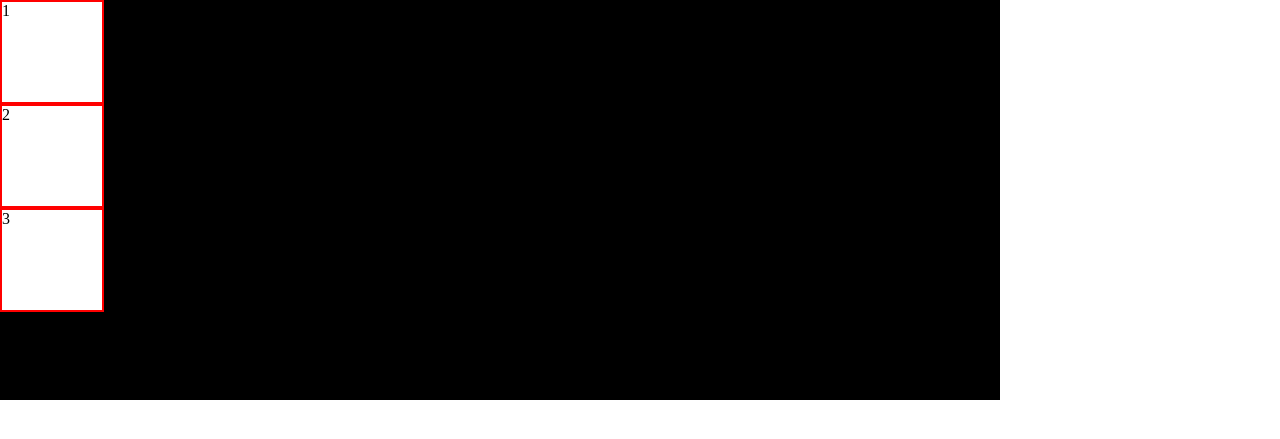
Repository: elourenco001/cursoweb
Page: DisplayFlex/index.html
These files come from the project's save history. The page is drawn as it stood at one moment and after the next save; the edit follows.
The browser window is 1280 px wide. The pictures show the whole page.

Above is the page before, as saved 2023-01-30 14:48:45.

### DisplayFlex/index.html
<!DOCTYPE html>
<html lang="pt_br"> <!--Formato da Linguagem a ser usada-->
    <head>
        <meta charset="UTF-8">
        <meta http-equiv="X-UA-Compatible" content="Google Chrome">
        <meta name="viewport" content="width-device-width, initial-scaled=1.0">
    <title>Profissão Programador</title> <!--TItulo da aba do Navegador-->

    <link rel="stylesheet" href="./styles.css"/>
</head>
    <body>
        <div class="minhadiv">
            <div class="caixa">1</div>
            <div class="caixa">2</div>
            <div class="caixa">3</div>

        </div>

    </body>
</html>

### DisplayFlex/styles.css
* {

    margin: 0;

}
.minhadiv {
    width: 1000px;
    height: 400px;
    background-color: black;
}

.caixa{
    width: 100px;
    height: 100px;
    background-color: #fff;
    border: 2px solid red;


}

After the next save:
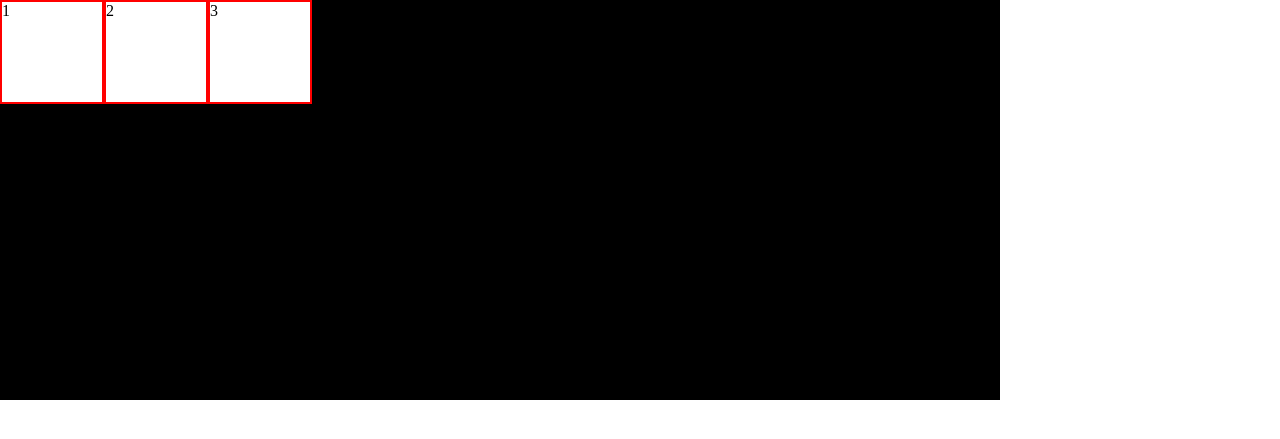
Saved 4 min 44 s later.
--- a/DisplayFlex/styles.css
+++ b/DisplayFlex/styles.css
@@ -7,6 +7,7 @@
     width: 1000px;
     height: 400px;
     background-color: black;
+    display: flex; /*Alinhar as caixas lado a lado*/
 }
 
 .caixa{
